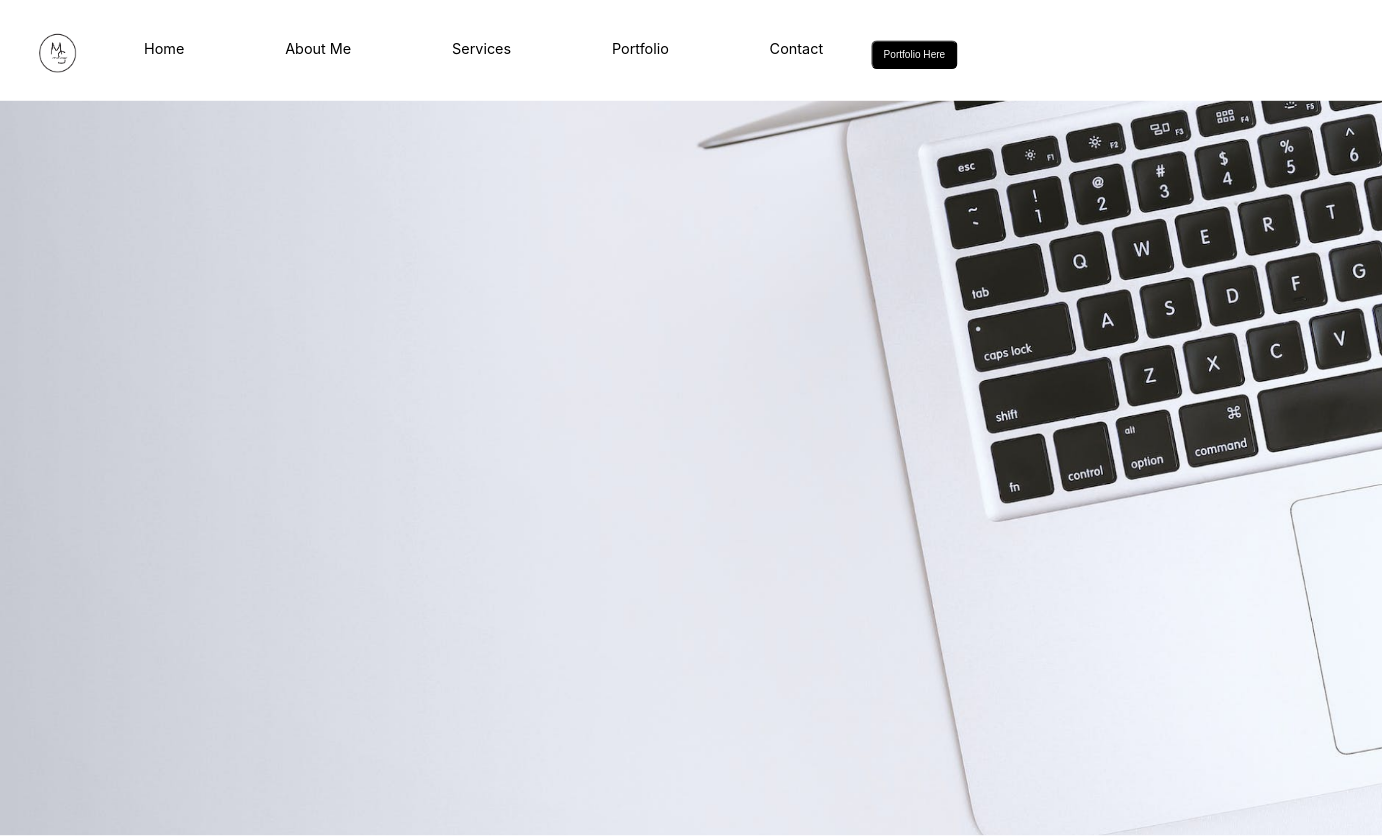
Repository: MEROO1010/Portfolio-2
Page: /
These files come from the project's save history. The page is drawn as it stood at one moment and after the next save; the edit follows.
The browser window is 1280 px wide. The page is 1920 px wide, then 1330 px, so the pictures cover 1920 px, including what lies to the right of the window. The pictures show the whole page, at 72% of full size.
The project was rebuilt for these pictures with package versions that can differ from the ones it lists, and the page was loaded fresh each time.

Above is the page before, as saved 2023-12-16 12:32:14.

After the next save:
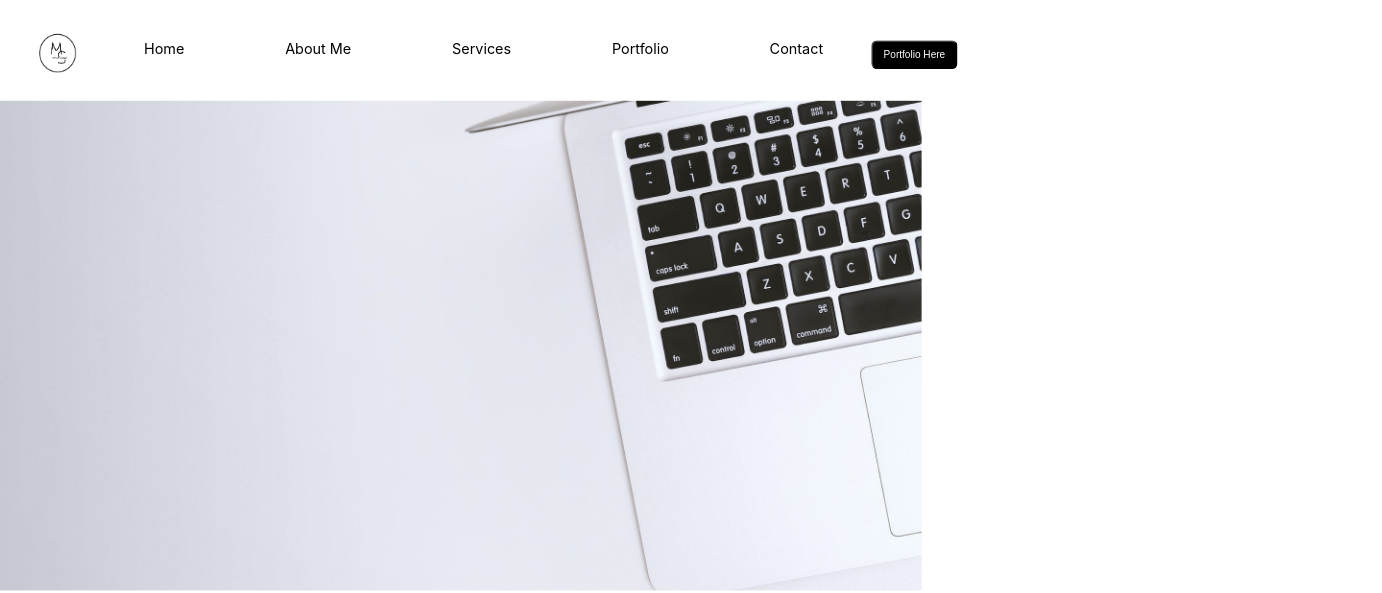
Saved 42 s later.
--- a/src/components/Home.js
+++ b/src/components/Home.js
@@ -20,8 +20,10 @@ const Container = styled.div`
 const BackgroundImage = styled.div `
  img{
   object-fit:cover;
-
-  height:50%;
+  max-width: 100%;
+    max-height: 100%;
+  -o-object-fit: contain;
+    object-fit: contain;
  }
 `
 
